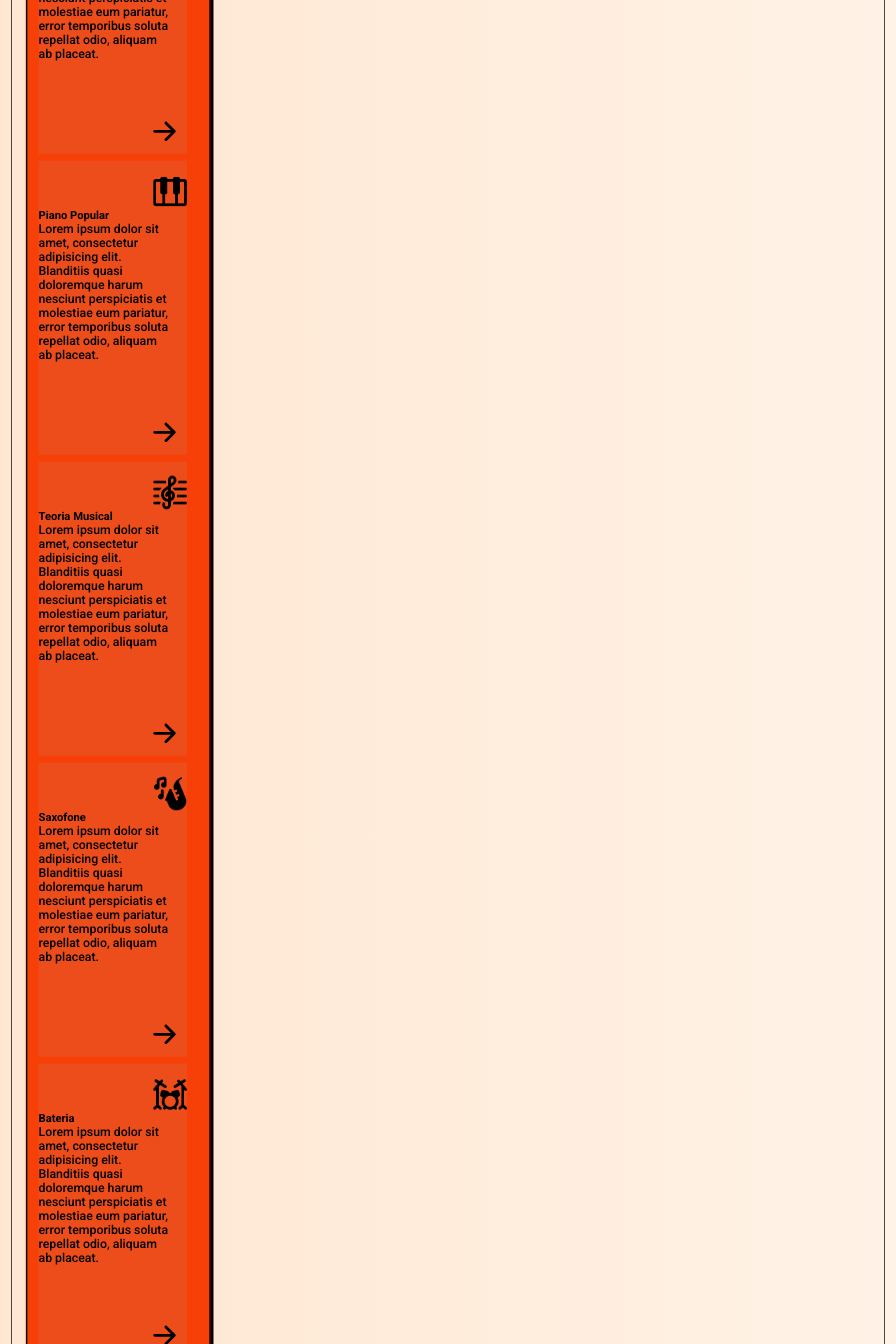
Repository: guilhermecardoso93/obebitecode
Page: index.html
An editor plug-in stored every save of this project. The page is shown before and after the next save, followed by the edit.
The browser window is 1280 px wide. The pictures show the part of the page from y = 1711 to 3631 px (the page is 4140 px tall before and 3710 px after), at 70% of full size.

Above is the page before, as saved 2023-08-16 20:32:12.

After the next save:
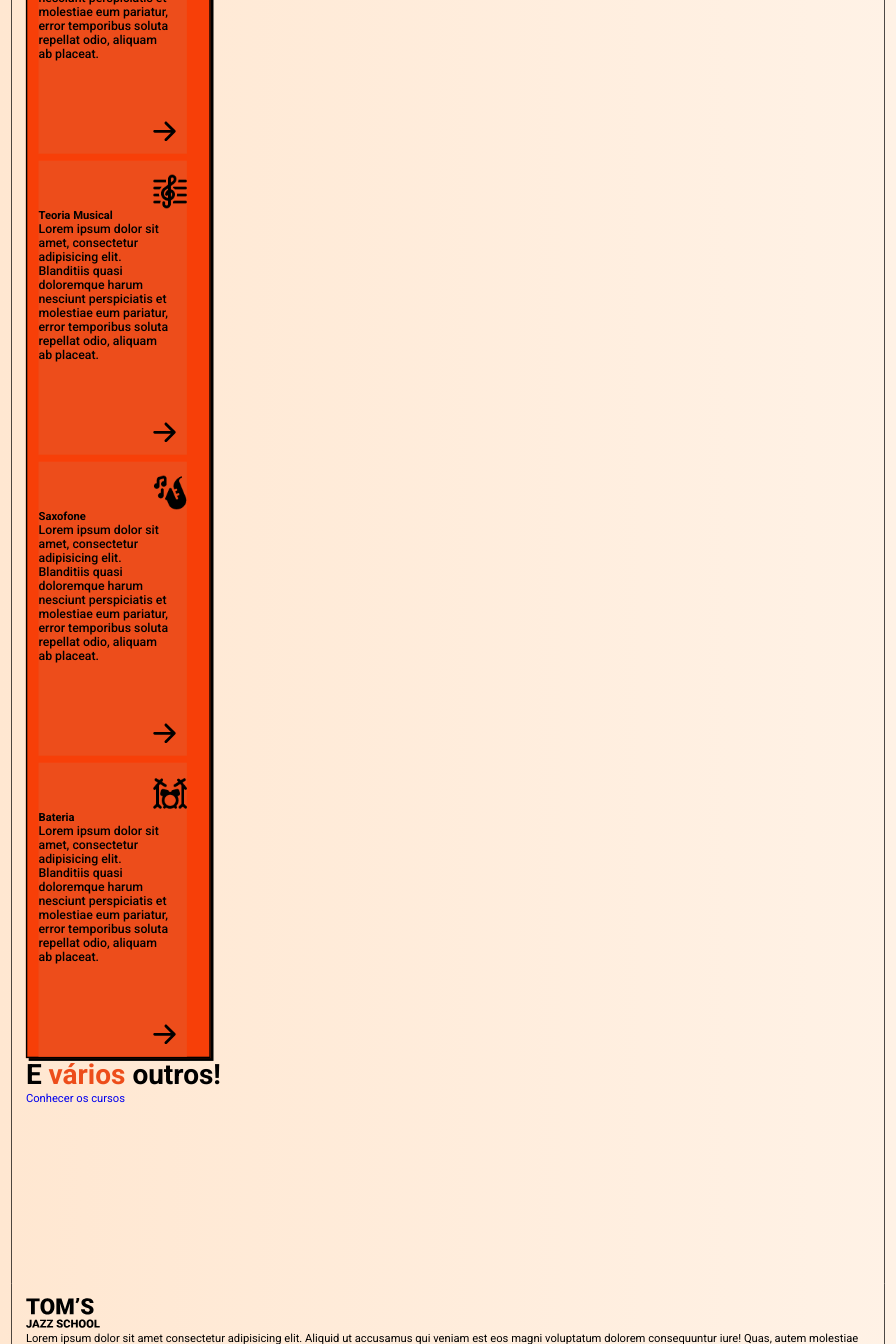
Saved 31 s later.
--- a/index.html
+++ b/index.html
@@ -40,21 +40,6 @@
       </section>
       <section class="hero-section">
         <div class="cards">
-          <article class="card">
-            <img src="./assets/piano.png" alt="ícone de tecla de piano" />
-            <strong>Piano Popular</strong>
-            <p>
-              Lorem ipsum dolor sit amet, consectetur adipisicing elit.
-              Blanditiis quasi doloremque harum nesciunt perspiciatis et
-              molestiae eum pariatur, error temporibus soluta repellat odio,
-              aliquam ab placeat.
-            </p>
-            <a href="#">
-              <img
-                src="./assets/arrow-right.svg"
-                alt="svg de seta para direita" />
-            </a>
-          </article>
           <article class="card">
             <img src="./assets/piano.png" alt="ícone de tecla de piano" />
             <strong>Piano Popular</strong>
